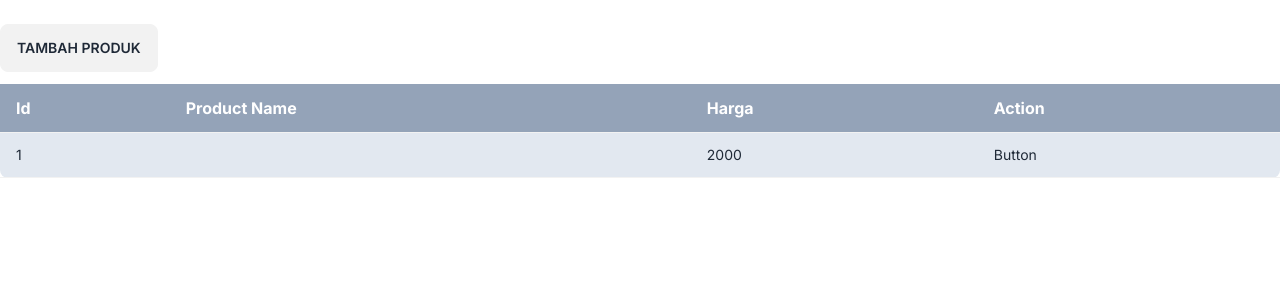
Repository: KilluaProject/Database-item
Page: /
The author's editor kept a copy of each file at every save. The page is drawn from the files as they stood at one save, then again after the next save.
The browser window is 1280 px wide. The pictures show the whole page.
The project was rebuilt for these pictures with package versions that can differ from the ones it lists, and the page was loaded fresh each time. The framework's server and built-in components were replaced by stand-ins that run in the browser. Requests to the local data server were answered from the project's data file. Also part of the build but not shown: next.config.js.

Above is the page before, as saved 2023-07-08 16:08:26.

### app/layout.jsx
import './globals.css'
import { Inter } from 'next/font/google'

const inter = Inter({ subsets: ['latin'] })

export const metadata = {
  title: 'Create Next App',
  description: 'Generated by create next app',
}

export default function RootLayout({ children }) {
  return (
    <html data-theme="light" lang="en">
      <body className={inter.className}>{children}</body>
    </html>
  )
}

### app/page.jsx
import AddProduk from "./components/AddProduk"

async function getProducts(){
  const res =  await fetch("http://localhost:5000/products",{ cache: "no-cache" })
  const data = res.json()
  return data
}


export default async function Home() {

  const Products = await getProducts()

  return (
   <div className="container mx-auto py-6">

    <AddProduk/>

      <table className="table w-full rounded-lg bg-slate-200 mt-3">
        <thead className="font-bold text-base bg-slate-400 text-white">
          <tr>
            <th>Id</th>
            <th>Product Name</th>
            <th>Harga</th>
            <th>Action</th>
          </tr>
        </thead>
        <tbody>
          {Products.map((product,index) => {
            return (
            <tr key={product.id}>
              <td>{index + 1}</td>
              <td>{product.name}</td>
              <td>{product.harga}</td>
              <td>Button</td>
            </tr>
            )
          })}

        </tbody>
      </table>


   </div>
  )
}

### app/components/AddProduk.jsx
"use client"


import React, { useState } from 'react'
import { useRouter } from 'next/navigation'

export default function AddProduk() {

    const [title, setTitle] = useState("")
    const [harga, setHarga] = useState("")
    const [modal, setModal] = useState(false)

    function handleChange(){
        setModal(!modal)
    }
    const rounter = useRouter();

    async function handleSubmit(e){
        e.preventDefault();

        await fetch ("http://localhost:5000/products" , {
            method: 'POST',
            headers: {
                "Content-Type" : "aplication/json",
            },
            body: JSON.stringify({
                title : title,
                harga : harga,
            })

        });
        setTitle("");
        setHarga("");
        rounter.refresh;
        setModal(false)
    }

  return (
    <div>
        <button className="btn" onClick={handleChange}>Tambah Produk</button>
        <input type="checkbox" checked={modal} onChange={handleChange} className="modal-toggle" />

        <div className="modal">
            <div className="modal-box">
                <h3 className="font-bold">Add New Product</h3>
                <form onSubmit={handleSubmit}>
                    <div className="form-control">
                        <label className="label">Nama Produk</label>
                        <input value={name} onChange={(e) => setTitle(e.target.value)} type="text" className="input w-full input-bordered" />
                    </div>
                    <div className="form-control">
                        <label className="label ">Harga</label>
                        <input value={harga} onChange={(e) => setHarga(e.target.value)} type="text" className="input w-full input-bordered" />
                    </div>
                    <div className="modal-action">
                        <button type="button" className="btn" onClick={handleChange}>Close</button>
                        <button type="button" className="btn btn-primary" onClick={handleChange}> Save</button>
                    </div>
                </form>

            </div>
        </div>

    </div>
  )
}

### tailwind.config.js
/** @type {import('tailwindcss').Config} */
module.exports = {

  content: [
    './pages/**/*.{js,ts,jsx,tsx,mdx}',
    './components/**/*.{js,ts,jsx,tsx,mdx}',
    './app/**/*.{js,ts,jsx,tsx,mdx}',
  ],
  theme: {
    extend: {
      backgroundImage: {
        'gradient-radial': 'radial-gradient(var(--tw-gradient-stops))',
        'gradient-conic':
          'conic-gradient(from 180deg at 50% 50%, var(--tw-gradient-stops))',
      },
    },
  },

  daisyui: {
    themes: ["light", "dark", "cupcake"],
  },

  plugins: [require("daisyui")],
}

### db.json
{
    "products" : [

        {
           "id" : 1,
           "title" : "Sampoerna",
           "harga" : 2000

        }
    ]
}

Loaded but not shown: app/globals.css (common file)

After the next save:
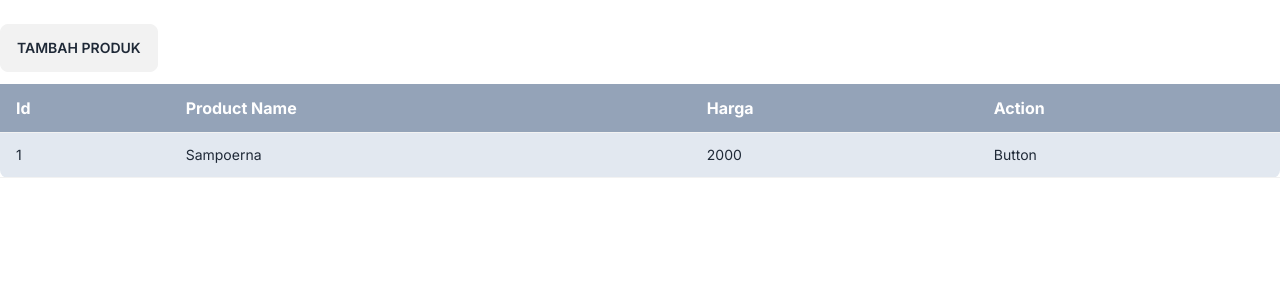
Saved 9 s later.
--- a/app/page.jsx
+++ b/app/page.jsx
@@ -30,7 +30,7 @@ export default async function Home() {
             return (
             <tr key={product.id}>
               <td>{index + 1}</td>
-              <td>{product.name}</td>
+              <td>{product.title}</td>
               <td>{product.harga}</td>
               <td>Button</td>
             </tr>
